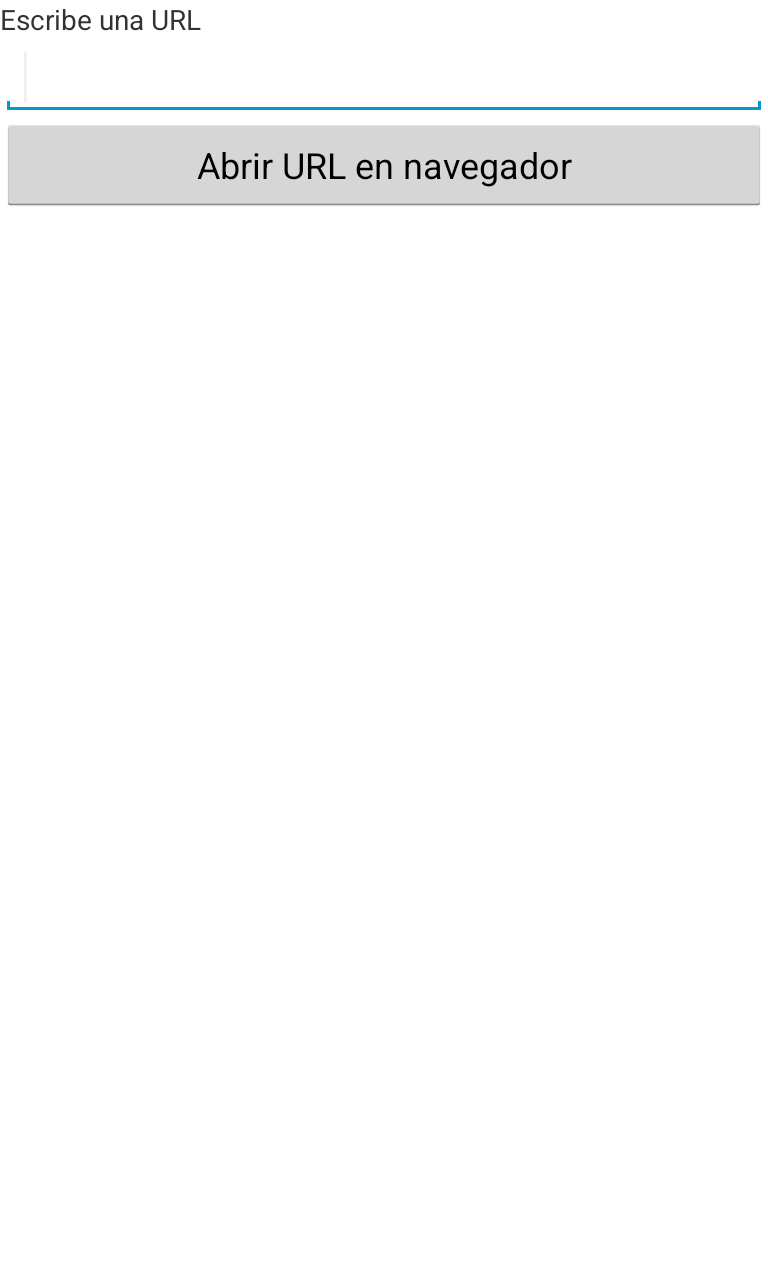
Repository: miguelcamposdev/cursoandroid
Layout: 01 Activities/MyCustomBrowser/res/layout/activity_prueba_url.xml
These files come from the project's save history. The layout is drawn as it stood at one moment and after the next save; the edit follows.
It is drawn on a 768 x 1280 px phone screen (xhdpi) without system bars, with theme AppTheme; the app's code is not run.

Above is the layout before, as saved 2014-11-12 16:05:58.

After the next save:
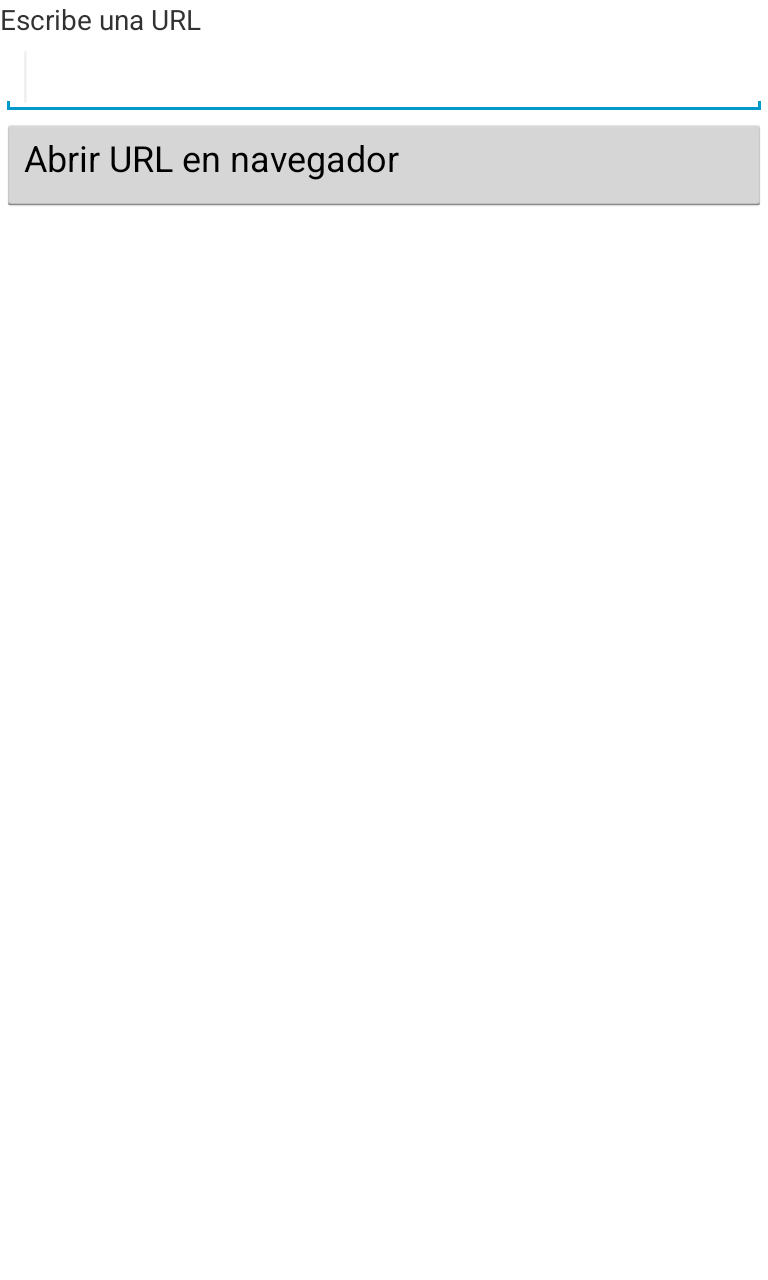
Saved 18 s later.
--- a/01 Activities/MyCustomBrowser/res/layout/activity_prueba_url.xml
+++ b/01 Activities/MyCustomBrowser/res/layout/activity_prueba_url.xml
@@ -26,6 +26,7 @@
         android:id="@+id/buttonOpenUrl"
         android:layout_width="match_parent"
         android:layout_height="wrap_content"
+        android:gravity="left"
         android:layout_alignParentLeft="true"
         android:layout_below="@+id/editTextUrl"
         android:text="@string/btn_open_url" />
